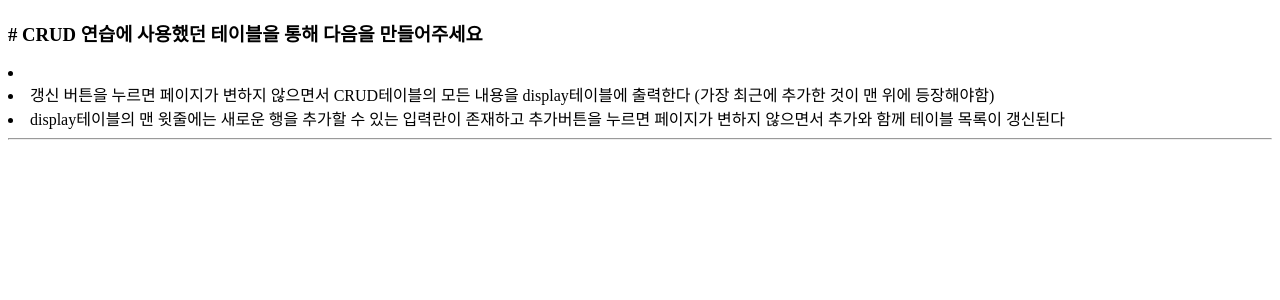
Repository: sirius455/spring-workspace
Page: http://localhost/Spring_REST/WEB-INF/views/ajax/crud_home.jsp
The author's editor kept a copy of each file at every save. The page is drawn from the files as they stood at one save, then again after the next save.
The browser window is 1280 px wide. The pictures show the whole page.
The page is served by Tomcat 9. Nobody is signed in. The template is opened directly, without the code that normally fills it, so the values that code supplies are empty.

Above is the page before, as saved 2021-08-05 06:07:05.

After the next save:
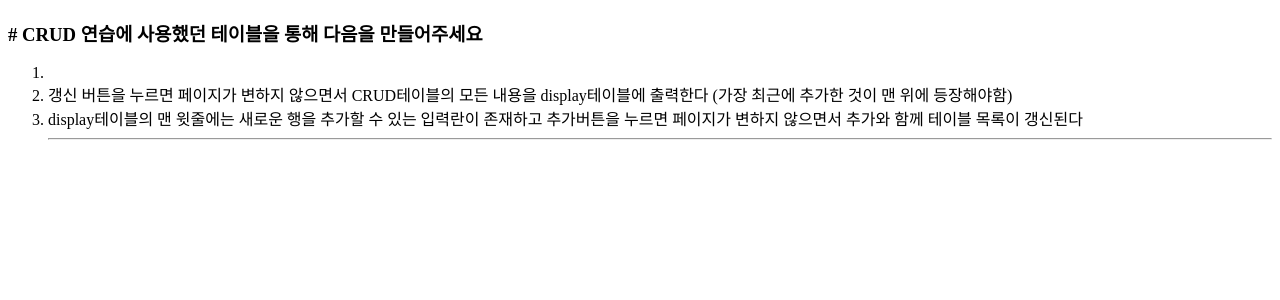
Saved 7 s later.
--- a/Spring_REST/src/main/webapp/WEB-INF/views/ajax/crud_home.jsp
+++ b/Spring_REST/src/main/webapp/WEB-INF/views/ajax/crud_home.jsp
@@ -8,7 +8,7 @@
 </head>
 <body>
 	<h3># CRUD 연습에 사용했던 테이블을 통해 다음을 만들어주세요</h3>
-
+<ol>
 	<li>
 		<li>
 			갱신 버튼을 누르면 페이지가 변하지 않으면서 CRUD테이블의 모든 내용을 display테이블에 출력한다
